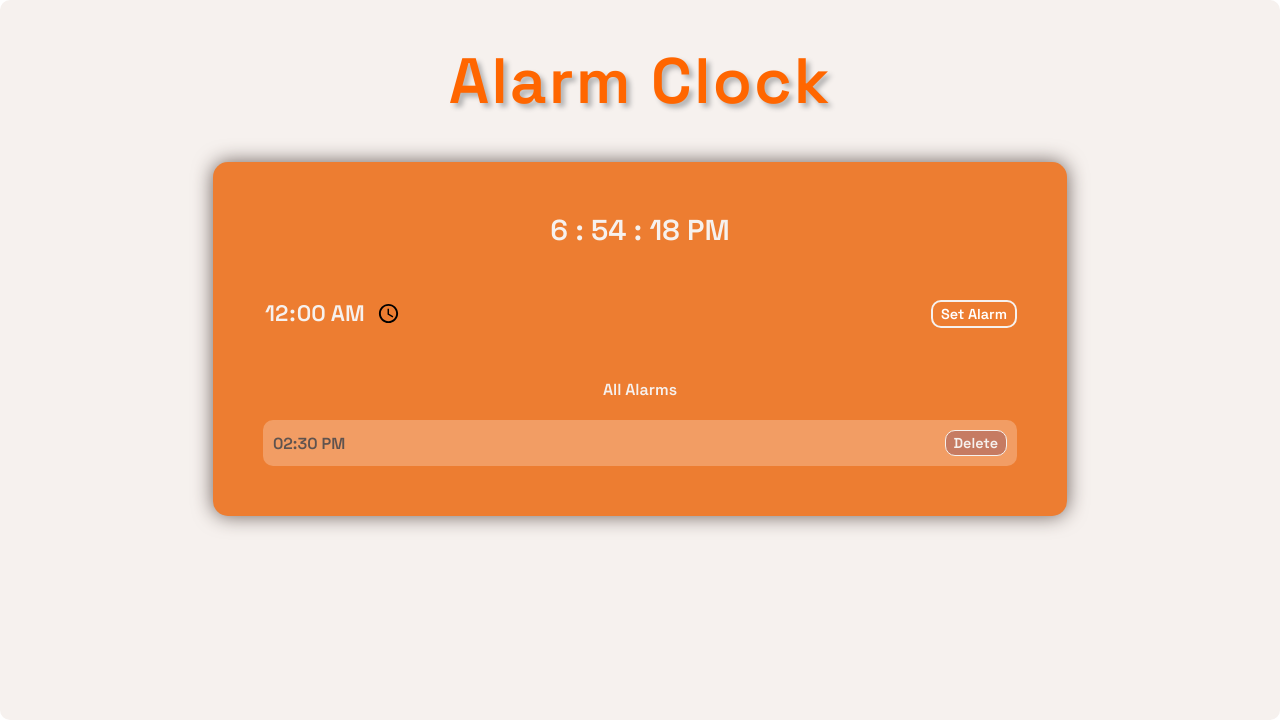
Repository: Pragya016/Alarm-Clock
Page: Index.html
The author's editor kept a copy of each file at every save. The page is drawn from the files as they stood at one save, then again after the next save.
The browser window is 1280 px wide. The pictures show the whole page.

Above is the page before, as saved 2024-01-19 22:29:32.

After the next save:
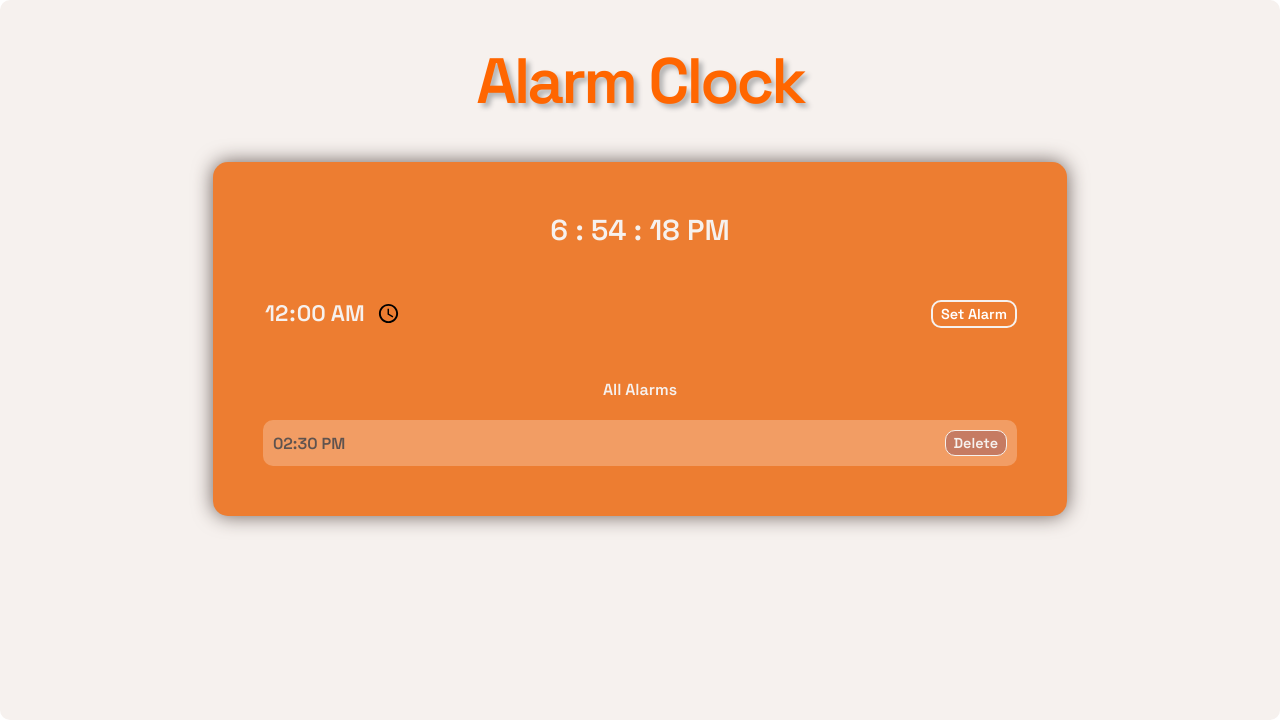
Saved 6 s later.
--- a/styles.css
+++ b/styles.css
@@ -38,7 +38,7 @@ font-family: 'Space Grotesk', sans-serif;
     margin-top: 10px;
     font: 900;
     font-size: 4rem;
-    letter-spacing: 2px;
+    letter-spacing: -3px;
     overflow: hidden;
     text-shadow: 4px 4px 5px rgb(179, 178, 178);
 }
